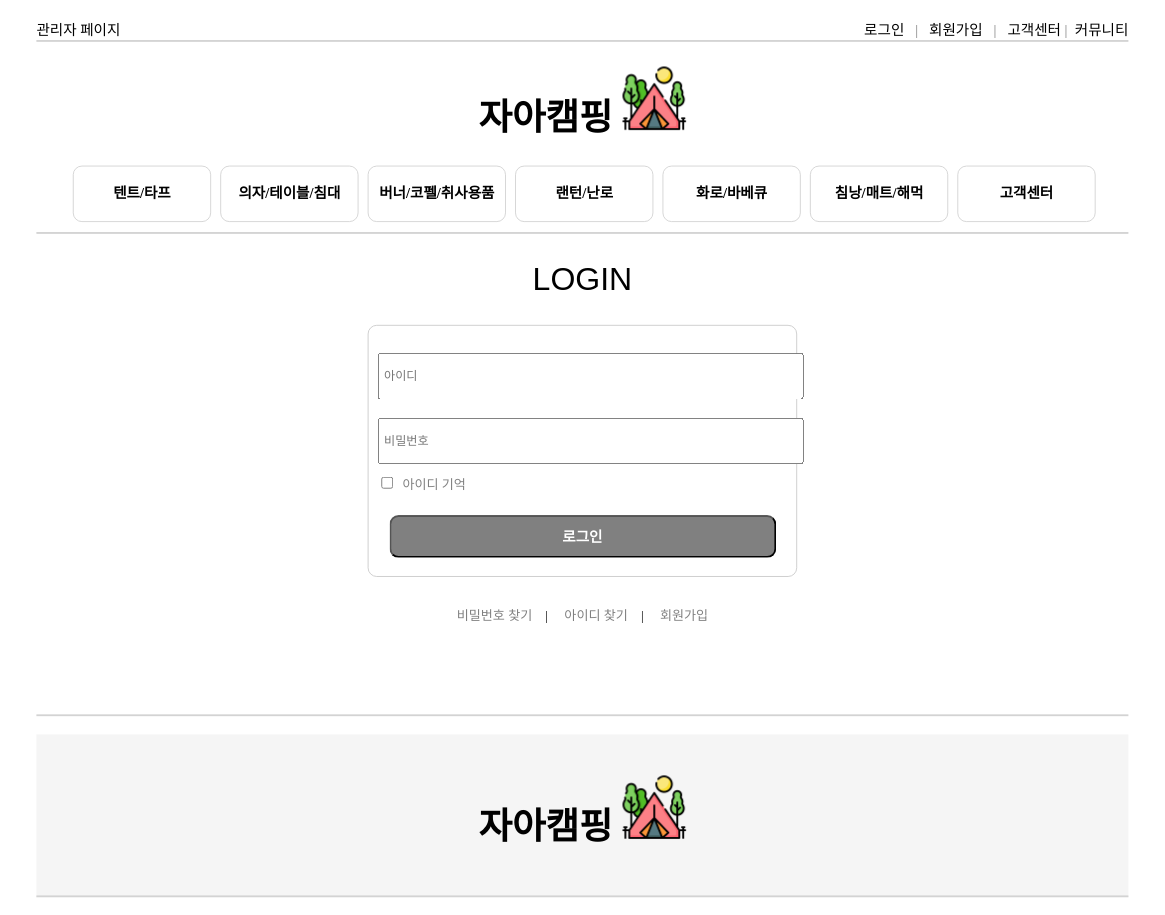
Repository: JJang-Ah/JSP-shoping-mall-project
Page: http://localhost/JaAhCamping/logon/memberLoginForm.jsp
These files come from the project's save history. The page is drawn as it stood at one moment and after a run of saves; the edit follows.
The browser window is 1280 px wide. The pictures show the whole page, at 91% of full size.
Some web fonts or font styles are not loaded; a fallback is used. The page is served by Tomcat 9. Other server files are loaded and not shown.

Above is the page before, as saved 2022-06-12 13:46:51.

### JaAhCamping/WebContent/logon/memberLoginForm.jsp
<%@ page language="java" contentType="text/html; charset=UTF-8"
    pageEncoding="UTF-8"%>
<!DOCTYPE html>
<html>
<head>
<meta charset="UTF-8">
<title>로그인 폼</title>
<style>
@import url('https://fonts.googleapis.com/css2?family=Hammersmith+One&family=Paytone+One&display=swap');
#container { width: 1200px; margin: 0 auto;}
/* 상단 - 메인, 서브 타이틀 */
.t_title { font-family: 'Hammersmith One', sans-serif; font-size: 2.2em; text-align: center; margin: 30px 0;}

/* 중단 - 입력창 */
.f_input { width: 450px; text-align: center; border: 1px solid #ccc; padding: 10px; margin: 30px auto; border-radius: 10px;}
.f_input .c_id, .f_input .c_pwd { height: 45px; margin-top: 20px; padding-left: 5px;}
.f_input .f_chk { text-align: left; margin-top: 10px; font-size: 0.9em; color: gray;}
.f_input #btn_Login { width: 425px; height: 47px; margin-top: 25px; background: gray; color: white;
 font-size: 16px; font-weight: bold; cursor: pointer; margin-top: 25px; margin-bottom: 10px; border-radius: 10px;}

 /* 하단 - 비밀번호 찾기, 아이디 찾기, 회원가입 */
 .f_a { text-align: center; margin-top: 30px; font-size: 0.9em;}
 .f_a a {color: gray;}
 .t_line { border: 1px solid #e9ecef; margin: 20px 0;}


</style>

<script>
	document.addEventListener("DOMContentLoaded", function() {
		let form = document.loginForm;
		// 로그인 버튼을 클릭했을 때 유효성 검사 (공백 유무)
		let btn_Login = document.getElementById("btn_Login");
		btn_Login.addEventListener("click", function() {
			if(!form.id.value) {
				alert('아이디를 입력하시오.!');
				form.id.focus();
				return;
			}

			if(!form.pwd.value) {
				alert('비밀번호를 입력하시오.!');
				form.pwd.focus();
				return;
			}

			// 아이디 기억하기
			let now = new Date(); // 오늘 날짜
			let name = "cookieId"; // 쿠키 이름
			let value = form.id.value; // 쿠키 값

			if(form.chk.checked == true) { // 체크박스를 체크했을 때 -> 쿠키 생성
				// 만료시간: 지금으로부터 7일 후로 설정, 만료시간으로 사용
				now.setDate(now.getDate() + 7);
			} else { // 체크박스를 해제했을 때 -> 쿠키 삭제
				// 만료시간: 지금 시간으로 설정
				now.setDate(now.getDate() + 0);
			}

			// 쿠키 생성시에 필요한 정보 - 쿠키의 이름과 값, 위치, 만료시간
			// ;path=/;expires= : 현재 페이지의 위치
			document.cookie = name + "=" + escape(value) + ";path=/;expires=" +now.toGMTString() + ";";

			form.submit();
		})


		// 쿠키가 생성되어 있을 때 쿠키에 저장된 값인 아이디를 아이디 입력상자에 놓도록 하는 작업
		// 쿠키 확인 - 쿠키가 존재한다면
		if(document.cookie.length > 0) {
			var search = "cookieId=";
			var idx = document.cookie.indexOf(search); // 쿠키 중에서 cookieId=이 나오는 위치
			if(idx != -1) { // cookieId값이 존재한다면
				idx += search.length;
				var end = document.cookie.indexOf(';', idx);

				if(end == -1) {
					end = document.cookie.length;
				}

				form.id.value = document.cookie.substring(idx, end);
				form.chk.checked = true;
			}
		}
	})
</script>
</head>
<body>

<div id="container">
	<jsp:include page="../mall/shopTop.jsp"></jsp:include>
	<div class="t_title">LOGIN</div>

	<form action="memberLoginPro.jsp" method="post" name="loginForm">
		<div class="f_input">
			<div class="f_id"><input type="text" id="id" name="id" class="c_id" placeholder="아이디" size="55"></div>
			<div class="f_pwd"><input type="password" id="pwd" name="pwd" class="c_pwd" placeholder="비밀번호" size="55"></div>
			<div class="f_chk">
				<input type="checkbox" id="chk" class="c_chk" size="55" name="chk">&nbsp;
				<label for="chk">아이디 기억</label>
			</div>
			<div class="f_submit"><input type="button" value="로그인" id="btn_Login"></div>
		</div>
		<div class="f_a">
			<a href="#">비밀번호 찾기</a>&emsp;|&emsp;
			<a href="#">아이디 찾기</a>&emsp;|&emsp;
			<a href="../member/memberJoinForm.jsp">회원가입</a>
		</div>
	</form>
	<hr class="t_line">
	<jsp:include page="../mall/shopBottom.jsp"></jsp:include>
</div>

</body>
</html>

### JaAhCamping/WebContent/mall/shopTop.jsp
<%@ page language="java" contentType="text/html; charset=UTF-8"
    pageEncoding="UTF-8"%>
<!DOCTYPE html>
<html>
<head>
<meta charset="UTF-8">
<title>Insert title here</title>
<link href="https://fonts.googleapis.com/css2?family=Do+Hyeon&display=swap" rel="stylesheet">

<style>
#container { width: 1200px; margin: 20px auto;}
/* 상단 */
a { text-decoration: none; color: black;}
.t_box1 { text-align: right;}
.t_box1 #admin_page { display: inline-block; float: left;}
.t_box1 .user_menu { display: inline-block; float: right; color: gray;}
.h_line { clear: both; border: 1px solid lightgray; margin-top: 20px;}
.title { text-align: center; font-family: 'Do Hyeon', sans-serif; font-size: 40px;}
#camping { width: 70px; height: 70px;}
#title_sub_go { font-size: 0.8em;}

/* 메뉴 */
.m_menu { list-style: none; font-weight: bold;}
.m_menu .m_m_list { display: inline-block; float: left; width: 150px; height: 60px;
margin-right: 10px; border: 1px solid lightgray; text-align: center; line-height: 60px; border-radius: 10px;}
.m_menu > .m_m_list { position: relative;}
.m_menu { color: black;}
.m_menu > .m_m_list:hover >.s_menu { display: block;}
.m_m_list > .s_menu { display: none; position: absolute; top: 61px; border: 1px solid lightgray; background: white; border-radius: 10px;}
.s_menu .s_m_list { text-align: left; width: 200px;}

.t_line { clear: both; border: 1px solid lightgray; margin-top: 100px;}
</style>
</head>
<body>
<%
request.setCharacterEncoding("utf-8");

String memberId = (String)session.getAttribute("memberId");

if(memberId == null) {

}

%>
<div id="container">

	<div class="t_box1"> <%--  --%>
		<div id="admin_page"><a href="http://localhost:8088/JaAhCamping/manager/managerMain.jsp">관리자 페이지</a></div>
		<div class="user_menu">
		<%if(memberId == null) {  %>
			<a href="http://localhost:8088/JaAhCamping/logon/memberLoginForm.jsp"><span>로그인</span></a>&ensp; |&ensp;
			<a href="http://localhost:8088/JaAhCamping/member/memberJoinForm.jsp"><span>회원가입</span></a>&ensp; |&ensp;
		<%} else { %>
			<a href="../member/memberInfoForm.jsp"><span><%=memberId %>님</span></a>&ensp; |&ensp;
			<a href="../logon/memberLogout.jsp"><span>로그아웃</span></a>&ensp; |&ensp;
			<a href="#"><span>장바구니</span></a>&ensp; |&ensp;
		<%} %>
		<a href="#">고객센터</a>&nbsp;|&nbsp;
		<a href="#">커뮤니티</a>
		</div>
	</div>
	<hr class="h_line">

	<%-- 상단 제목 --%>
	<h1 class="title"><a href="http://localhost:8088/JaAhCamping/mall/shopAll.jsp">자아캠핑&nbsp;<img alt="camping" src="/JaAhCamping/icons/camping.png" id="camping"></a></h1>



	<nav class="menu">
		<ul class="m_menu">
			<li class="m_m_list"><a href="#">텐트/타프</a>
				<div class="s_menu">
					<ul>
						<li class="s_m_list"><a href="#">텐트</a></li>
						<li class="s_m_list"><a href="#">텐트관련품</a></li>
						<li class="s_m_list"><a href="#">타프</a></li>
						<li class="s_m_list"><a href="#">폴대/펙/스트링/스토퍼</a></li>
						<li class="s_m_list"><a href="#">공구</a></li>
						<li class="s_m_list"><a href="#">기타(텐트/타프)</a></li>
					</ul>
				</div>
			</li>
			<li class="m_m_list"><a href="#">의자/테이블/침대</a>
				<div class="s_menu">
					<ul>
						<li class="s_m_list"><a href="#">의자</a></li>
						<li class="s_m_list"><a href="#">테이블</a></li>
						<li class="s_m_list"><a href="#">선반/수납가구</a></li>
						<li class="s_m_list"><a href="#">야전침대</a></li>
						<li class="s_m_list"><a href="#">퍼니쳐</a></li>
						<li class="s_m_list"><a href="#">기타(의자/테이블/침대)</a></li>
					</ul>
				</div>
			</li>
			<li class="m_m_list"><a href="#">버너/코펠/취사용품</a>
				<div class="s_menu">
					<ul>
						<li class="s_m_list"><a href="#">버너</a></li>
						<li class="s_m_list"><a href="#">코펠</a></li>
						<li class="s_m_list"><a href="#">취사용품</a></li>
						<li class="s_m_list"><a href="#">식기류</a></li>
						<li class="s_m_list"><a href="#">기타(버터/코펠/취사용품)</a></li>
					</ul>
				</div>
			</li>
			<li class="m_m_list"><a href="#">랜턴/난로</a>
				<div class="s_menu">
					<ul>
						<li class="s_m_list"><a href="#">랜턴</a></li>
						<li class="s_m_list"><a href="#">후레쉬</a></li>
						<li class="s_m_list"><a href="#">난로</a></li>
						<li class="s_m_list"><a href="#">액세서리</a></li>
						<li class="s_m_list"><a href="#">기타(랜턴/난로)</a></li>
					</ul>
				</div>
			</li>
			<li class="m_m_list"><a href="#">화로/바베큐</a>
				<div class="s_menu">
					<ul>
						<li class="s_m_list"><a href="#">화로대</a></li>
						<li class="s_m_list"><a href="#">바베큐 그릴</a></li>
						<li class="s_m_list"><a href="#">토치</a></li>
						<li class="s_m_list"><a href="#">바베큐 소품</a></li>
						<li class="s_m_list"><a href="#">기타(화로/바베큐)</a></li>
					</ul>
				</div>
			</li>
			<li class="m_m_list"><a href="#">침낭/매트/해먹</a>
				<div class="s_menu">
					<ul>
						<li class="s_m_list"><a href="#">침낭</a></li>
						<li class="s_m_list"><a href="#">베개/쿠션/방석</a></li>
						<li class="s_m_list"><a href="#">매트</a></li>
						<li class="s_m_list"><a href="#">해먹</a></li>
						<li class="s_m_list"><a href="#">기타(침낭/매트/해먹)</a></li>
					</ul>
				</div>
			</li>
			<li class="m_m_list"><a href="#">고객센터</a>
			</li>
		</ul>
	</nav>
	<hr class="t_line">
</div>

</body>
</html>

### JaAhCamping/WebContent/mall/shopBottom.jsp
<%@ page language="java" contentType="text/html; charset=UTF-8"
    pageEncoding="UTF-8"%>
<!DOCTYPE html>
<html>
<head>
<meta charset="UTF-8">
<title>Insert title here</title>
<style>
#container_bottom {  width: 100%; background: #f5f5f5;}

.b_line { border: 1px solid lightgray; margin-top: 50px;}
</style>
</head>
<body>
<div id="container_bottom">
	<br>
	<h1 class="title"><a href="http://localhost:8088/JaAhCamping/mall/shopAll.jsp">자아캠핑&nbsp;<img alt="camping" src="/JaAhCamping/icons/camping.png" id="camping"></a></h1>
	<hr class="b_line">

<div>

</div>



</div>
</body>
</html>

After the next 3 saves:
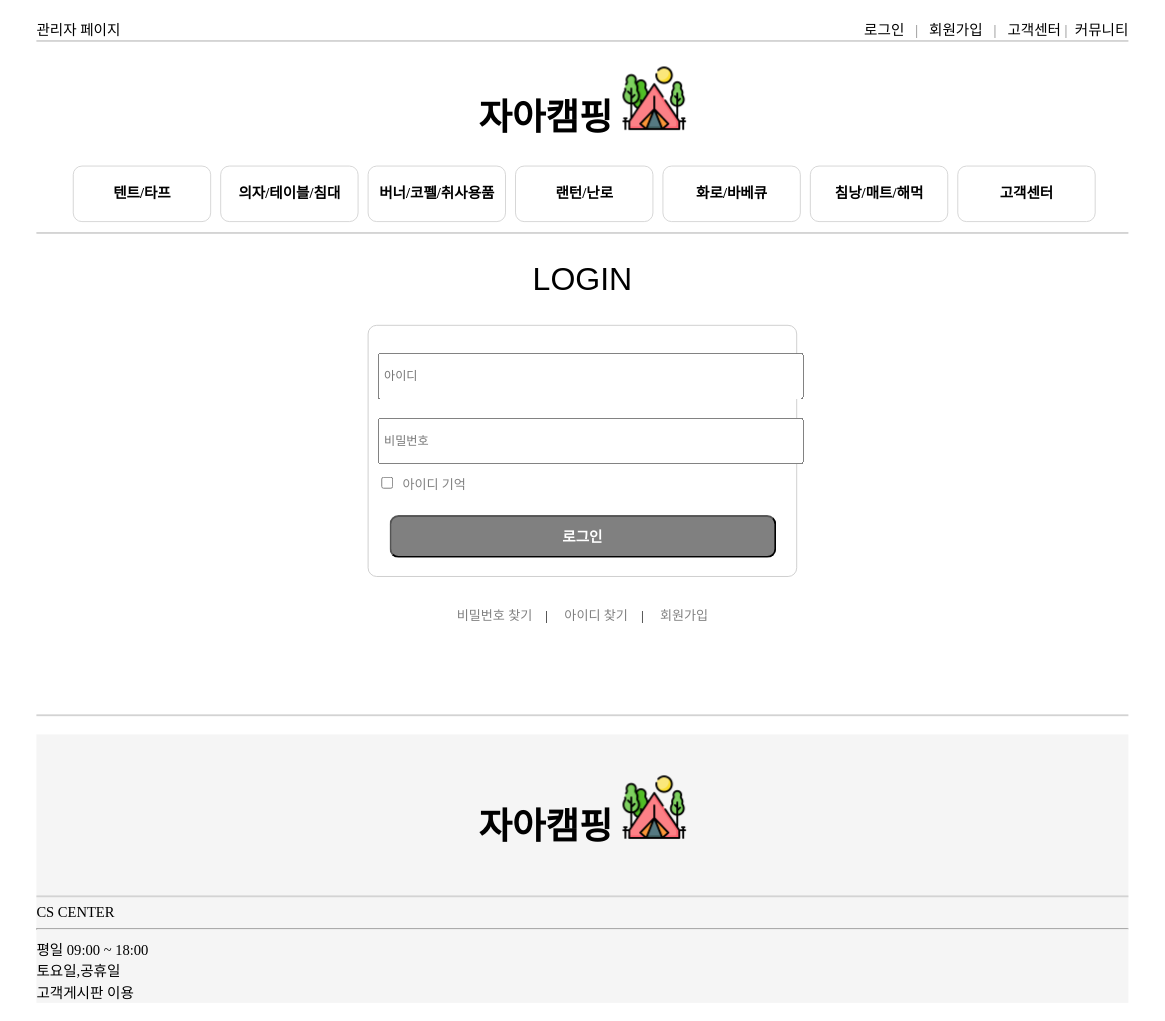
The 3 saves are shown as one change because they came seconds apart.
The last was saved 3 min 46 s later.
--- a/JaAhCamping/WebContent/mall/shopBottom.jsp
+++ b/JaAhCamping/WebContent/mall/shopBottom.jsp
@@ -17,7 +17,12 @@
 	<h1 class="title"><a href="http://localhost:8088/JaAhCamping/mall/shopAll.jsp">자아캠핑&nbsp;<img alt="camping" src="/JaAhCamping/icons/camping.png" id="camping"></a></h1>
 	<hr class="b_line">
 
-<div>
+<div class="b_box1">
+	CS CENTER
+	<hr>
+	평일 09:00 ~ 18:00<br>
+	토요일,공휴일<br>
+	고객게시판 이용
 
 </div>
 
